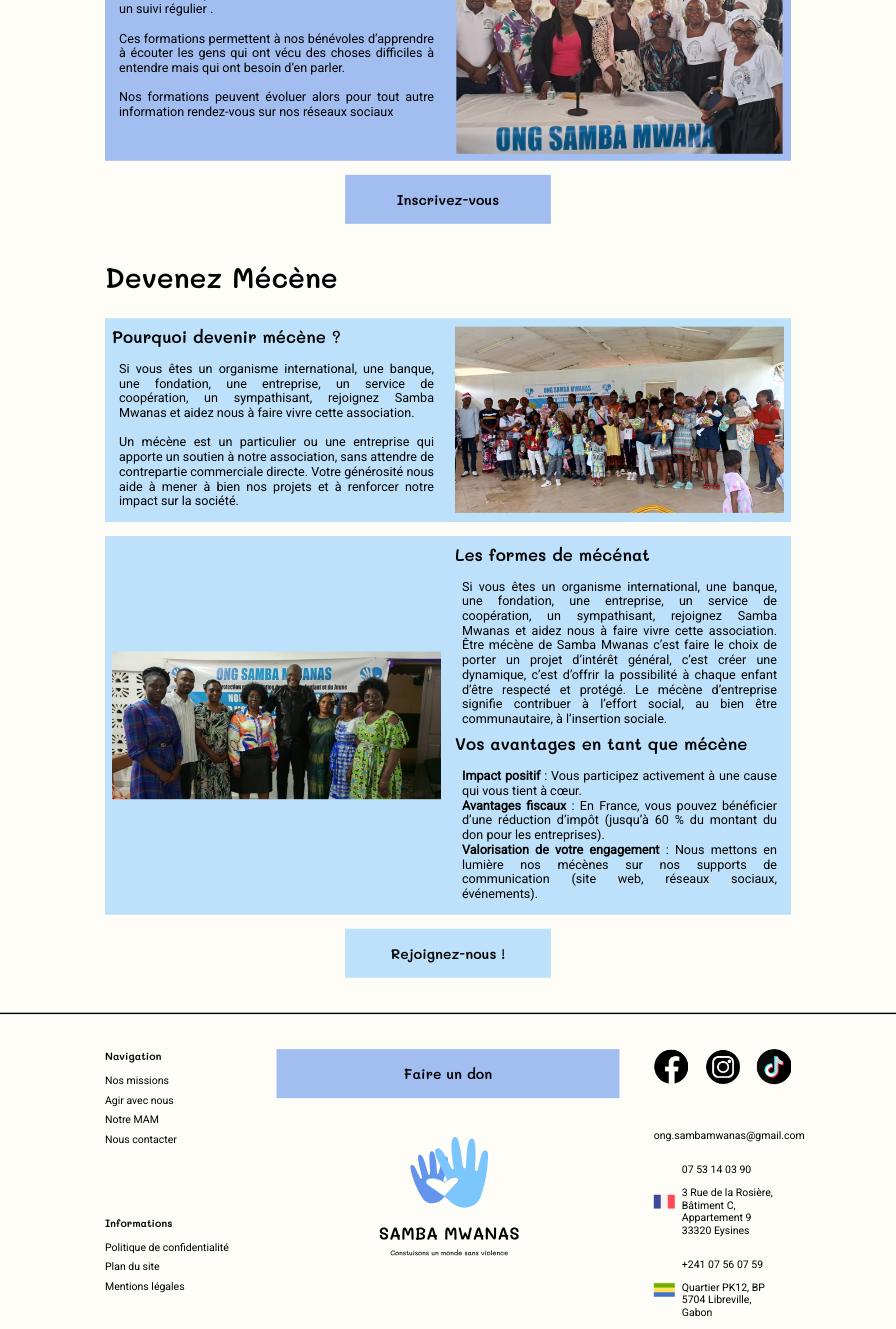
Repository: Danie-lDasilva/Samba-Mwanas
Page: Agir avec nous.html
These files come from the project's save history. The page is drawn as it stood at one moment and after the next save; the edit follows.
The browser window is 1280 px wide. The pictures show the part of the page from y = 1914 to 3834 px (the page is 3813 px tall before and 3834 px after), at 70% of full size.

Above is the page before, as saved 2025-03-07 10:28:17.

### Agir avec nous.html
<!DOCTYPE html>
<html lang="fr">
<head>
    <meta charset="UTF-8">
    <meta name="viewport" content="width=device-width, initial-scale=1.0">
    <title>Agir avec nous</title>
    <link rel="preconnect" href="https://fonts.googleapis.com">
    <link rel="preconnect" href="https://fonts.gstatic.com" crossorigin>
    <link href="https://fonts.googleapis.com/css2?family=Mali:wght@600&family=Roboto:ital,wdth@0,75;1,75&display=swap" rel="stylesheet">

    <link rel="stylesheet" href="assets/css/Agir avec nous.css">
    <link rel="stylesheet" href="assets/css/style.css">
</head>
<body>
    <header>
        <nav>
            <ul>
                <li>
                    <a href="Nos missions.html">Nos missions</a>
                </li>
                <li>
                    <a href="Agir avec nous.html">Agir avec nous</a>
                </li>
                <li class="Logo">
                    <a href="index.html">
                        <img src="assets/img/Fichier 2.png" alt="Logo Samba Mwanas, retour à l'accueil">
                    </a>
                </li>
                <li>
                    <a href="Notre MAM.html">Notre MAM</a>
                </li>
                <li>
                    <a href="Nous contacter.html">Nous contacter</a>
                </li>
            </ul>
        </nav>
    </header>

    <main>
        <h1>
            Agir avec nous
        </h1>

        <section class="BoutonsForm">
            <div>
                <a href="#Benevole" class="Color1">Devenez bénévole</a>
            </div>

            <div>
                <a href="#Formation" class="Color2">Suivez notre formation</a>
            </div>

            <div>
                <a href="#Mécène" class="Color1">Devenez mécène</a>
            </div>
        </section>

        <div class="Bannière">
            <img src="assets/img/Mix photos.jpg" alt="">
        </div>

        <section>
            <h2 id="Benevole">
                Devenez bénévole
            </h2>

            <div class="Bloc">
                <div>
                    <h3>
                        Pourquoi devenir bénévole à Samba Mwanas?
                    </h3>
                    <p>
                        Avez-vous envie d’ aider les victimes de violences ? Vous vous sentez prêt à défendre une cause noble ? En tant qu’ancienne victime, vous ne voulez pas que d’autres enfants subissent des violences? Vous aimez les enfants et vous souhaitez les protéger ? <br>
                        Vous avez plusieurs raisons de rejoindre les bénévoles de Samba Mwanas. Vous êtes utiles et nous avons besoin de vous.
                    </p>
                </div>
                <div class="End">
                    <img src="assets/img/Equipe.jpg" alt="Photo de l'équipe de Samba Mwanas">
                </div>
            </div>

            <div class="Bloc">
                <div>
                    <img src="assets/img/Leçon Enfantss.jpg" alt="Photo d'enfants">
                </div>
                <div>
                    <h3>
                        Les missions bénévoles
                    </h3>
                    <p>
                        Selon vos disponibilités, devenez l’un des nôtres. Nous agissons dans la sensibilisation afin de prévenir sur les différentes formes de violences. Nous formons afin d’apporter des outils de lutte contre les violences. Nous organisons des séances d’écoute afin de libérer la parole et de déclencher un processus de guérison. <br>
                        <br>
                        Parmi toutes ces missions, il y en a forcément une qui vous correspond. À distance ou en local, vous êtes utile. <br>
                        Rejoignez notre communauté de bénévoles !!!!
                    </p>
                </div>
            </div>

            <div class="Rejoindre">
                <a href="">Rejoignez-nous !</a>
            </div>
        </section>

        <section>
            <h2 id="Formation">
                Suivez notre formation
            </h2>

            <div class="Bloc2">
                <div>
                    <h3>
                        Pourquoi suivre notre formation ?
                    </h3>
                    <p>
                        Samba Mwanas propose différentes formations afin d’améliorer l’expertise de ses bénévoles et ainsi assurer un suivi régulier . <br>
                        <br>
                        Ces formations permettent à nos bénévoles d’apprendre à écouter les gens qui ont vécu des choses difficiles à entendre mais qui ont besoin d’en parler. <br>
                        <br>
                        Nos formations peuvent évoluer alors pour tout autre information rendez-vous sur nos réseaux sociaux
                    </p>
                </div>
                <div class="End">
                    <img src="assets/img/Eglise.jpg" alt="Photo de l'équipe de Samba Mwanas à une formation à l'église">
                </div>
            </div>

            <div class="Inscrire">
                <a href="">Inscrivez-vous</a>
            </div>
        </section>

        <section>
            <h2 id="Mécène">
                Devenez Mécène
            </h2>

            <div class="Bloc3">
                <div>
                    <h3>
                        Pourquoi devenir mécène ?
                    </h3>
                    <p>
                        Si vous êtes un organisme international, une banque, une fondation, une entreprise, un service de coopération, un sympathisant, rejoignez Samba Mwanas et aidez nous à faire vivre cette association. <br>
                        <br>
                        Un mécène est un particulier ou une entreprise qui apporte un soutien à notre association, sans attendre de contrepartie commerciale directe. Votre générosité nous aide à mener à bien nos projets et à renforcer notre impact sur la société.

                    </p>
                </div>
                <div>
                    <img src="assets/img/IMG-20241223-WA0017.jpg" alt="Photo de l'équipe de Samba Mwanas avec des cadeaux">
                </div>
            </div>

            <div class="Bloc3">
                <div>
                    <img src="assets/img/IMG-20241113-WA0009.jpg" alt="Photo de l'équipe de Samba Mwanas">
                </div>
                <div>
                    <h3>
                        Les formes de mécénat
                    </h3>
                    <p>
                        Si vous êtes un organisme international, une banque, une fondation, une entreprise, un service de coopération, un sympathisant, rejoignez Samba Mwanas et aidez nous à faire vivre cette association.

Être mécène de Samba Mwanas c’est faire le choix de porter un projet d’intérêt général, c’est créer une dynamique, c’est d’offrir la possibilité à chaque enfant d’être respecté et protégé. Le mécène d’entreprise signifie contribuer à l’effort social, au bien être communautaire, à l’insertion sociale.

                    </p>
                    <h3>
                        Vos avantages en tant que mécène
                    </h3>

                    <p>
                        <strong>Impact positif</strong> : Vous participez activement à une cause qui vous tient à cœur. <br>
                        <strong>Avantages fiscaux</strong> : En France, vous pouvez bénéficier d’une réduction d’impôt (jusqu’à 60 % du montant du don pour les entreprises). <br>
                        <strong>Valorisation de votre engagement</strong> : Nous mettons en lumière nos mécènes sur nos supports de communication (site web, réseaux sociaux, événements).
                    </p>
                </div>
            </div>

            <div class="Rejoindre">
                <a href="">Rejoignez-nous !</a>
            </div>
        </section>

        <div id="Don" class="Don">
            <a href="https://www.helloasso.com/associations/association-samba-mwanas/formulaires/1">FAIRE UN DON</a>
        </div>
    </main>

    <footer>
        <div class="Footer">

        <div class="FooterInfos">
            <div class="Lien">
                <p class="titre">
                    Navigation
                </p>

                <nav class="InfoMarge">
                    <ul>
                        <li>
                            <a href="Nos missions.html">Nos missions</a>
                        </li>

                        <li>
                            <a href="Agir avec nous.html">Agir avec nous</a>
                        </li>

                        <li>
                            <a href="Notre MAM.html">Notre MAM</a>
                        </li>

                        <li>
                            <a href="Nous contacter.html">Nous contacter</a>
                        </li>
                    </ul>
                </nav>
            </div>

            <div class="Lien">
                <p class="titre">
                    Informations
                </p>

                <nav>
                    <ul>
                        <li>
                            <a href="Politique de confidentialité.html">Politique de confidentialité</a>
                        </li>

                        <li>
                            <a href="Plan du site.html">Plan du site</a>
                        </li>

                        <li>
                            <a href="Mentions légales.html">Mentions légales</a>
                        </li>
                    </ul>
                </nav>
            </div>
        </div>

        <div class="FooterCentre">
            <div class="FooterDon">
                <a href="https://www.helloasso.com/associations/association-samba-mwanas/formulaires/1" target="_blank">Faire un don</a>
            </div>

            <a href="index.html" class="FooterLogo" target="_blank">
                <img src="assets/img/LOGO_Logo principal.svg" alt="Logo Samba Mwanas, Retour à l'acceuil">
            </a>
        </div>

        <div class="FooterInfos">
            <nav class="FooterRéseaux">
                <ul>
                    <li>
                        <a href="https://www.facebook.com/Sambamwanas?locale=fr_FR" target="_blank">
                            <img src="assets/img/facebook.png" alt="Logo facebook, Lien vers le facebook de Samba Mwanas">
                        </a>
                    </li>

                    <li>
                        <a href="https://www.instagram.com/ongsambamwanas/" target="_blank">
                            <img src="assets/img/instagram.png" alt="Logo instagram, Lien vers la page instagram de Samba Mwanas">
                        </a>
                    </li>

                    <li>
                        <a href="https://www.tiktok.com/@ong.samba.mwanas" target="_blank">
                            <img src="assets/img/tik-tok.png" alt="Logo tiktok, Lien vers la page Tiktok de Samba Mwanas">
                        </a>
                    </li>
                </ul>
            </nav>

            <p>
                ong.sambamwanas@gmail.com
            </p>


            <div class="FooterContact">
                <div>
                    <img src="assets/img/france.png" alt="Drapeau de France" class="FooterDrapeau">
                </div>

                <div>
                    <p>
                        07 53 14 03 90
                    </p>

                    <p>
                        3 Rue de la Rosière, <br>
                        Bâtiment C, Appartement 9 <br>
                        33320 Eysines
                    </p>
                </div>
            </div>

            <div class="FooterContact">
                <div>
                    <img src="assets/img/gabon.png" alt="Drapeau du gabon" class="FooterDrapeau">
                </div>

                <div>
                    <p>
                        +241 07 56 07 59
                    </p>

                    <p>
                        Quartier PK12, BP 5704 Libreville, <br>
                        Gabon

                    </p>
                </div>
            </div>
        </div>

    </div>
    </footer>
</body>
</html>

### assets/css/Agir avec nous.css
h1 {
    font-family: "Mali", cursive;
    font-weight: 600;
    font-style: normal;
    font-size: 55px;
    text-align: center;
    margin-bottom: 50px;
    margin-top: 50px;
}

main {
    padding-left: 150px;
    padding-right: 150px;
}

main p {
    font-family: "Roboto", sans-serif;
    font-optical-sizing: auto;
    font-weight: 400;
    font-size: 20px;
    font-style: normal;
    font-variation-settings: "wdth" 75;
    text-align: justify;
}

.BoutonsForm {
    display: flex;
    justify-content: space-between;
    padding-left: 20px;
    padding-right: 20px;
}

.BoutonsForm div {
    width: 28%;
    height: 50px;
    margin-bottom: 40px;
}

.BoutonsForm a {
    width: 100%;
    height: 100%;
    display: flex;
    justify-content: center;
    align-items: center;
    font-family: "Mali", cursive;
    font-weight: 600;
    font-style: normal;
}

.BoutonsForm a:hover {
    background-color: #163d59;
    color: white;
    box-shadow: 0 5px 8px rgba(0, 0, 0, 0.4);
}

.Color1 {
    background-color: #BDE1FA;
}

.Color2 {
    background-color: #A2BEF0;
}

.Bannière img {
    width: 100%;
    height: auto;
    object-fit: cover;
}

.Bannière {
    margin-bottom: 100px;
}

h2 {
    font-family: "Mali", cursive;
    font-weight: 600;
    font-style: normal;
    font-size: 40px;
}

h3 {
    font-family: "Mali", cursive;
    font-weight: 600;
    font-style: normal;
    font-size: 22px;
}

.Bloc, .Bloc2, .Bloc3 {
    display: flex;
    justify-content: space-between;
    align-items: stretch;
    margin-bottom: 20px;
}

.Bloc div, .Bloc2 div, .Bloc3 div {
    flex: 0.8;
    margin: 10px;
    display: flex;
    flex-direction: column;
    justify-content: center;
}

.Bloc img, .Bloc2 img, .Bloc3 img {
    width: 100%;
    max-height: 350px;
    object-fit: contain;
}

.Bloc p, .Bloc2 p, .Bloc3 p {
    font-family: "Roboto", sans-serif;
    font-optical-sizing: auto;
    font-weight: 400;
    font-size: 18px;
    font-style: normal;
    font-variation-settings: "wdth" 75;
    text-align: justify;
    margin: 0;
    padding: 10px;
}

.Bloc h3, .Bloc2 h3, .Bloc3 h3 {
    font-family: "Mali", cursive;
    font-weight: 600;
    font-size: 24px;
    margin-bottom: 10px;
    margin-top: 0;
}

.Bloc, .Bloc3 {
    background-color: #BDE1FA;
}

.Bloc2 {
    background-color: #A2BEF0;
}

.End {
    display: flex;
    justify-content: flex-end;
    align-items: center;
}

.Rejoindre {
    display: flex;
    justify-content: center;
    align-items: center;
    height: 70px;
    width: 100%;
    margin-bottom: 50px;
}

.Rejoindre a {
    font-family: "Mali", cursive;
    font-weight: 600;
    font-style: normal;
    justify-content: center;
    display: flex;
    align-items: center;
    height: 100%;
    width: 30%;
    background-color: #BDE1FA;
}

.Rejoindre a:hover {
    background-color: #163d59;
    color: white;
    box-shadow: 0 5px 8px rgba(0, 0, 0, 0.4);
}

.Inscrire {
    display: flex;
    justify-content: center;
    align-items: center;
    height: 70px;
    width: 100%;
    margin-bottom: 50px;
}

.Inscrire a {
    font-family: "Mali", cursive;
    font-weight: 600;
    font-style: normal;
    justify-content: center;
    display: flex;
    align-items: center;
    height: 100%;
    width: 30%;
    background-color: #A2BEF0;
}

.Inscrire a:hover {
    background-color: #163d59;
    color: white;
    box-shadow: 0 5px 8px rgba(0, 0, 0, 0.4);
}

/* Responsive */
@media (max-width: 768px) {
    h1 {
        font-size: 40px;
        margin-bottom: 30px;
        margin-top: 30px;
    }

    main {
        padding-left: 20px;
        padding-right: 20px;
    }

    main p {
        font-size: 18px;
    }

    .BoutonsForm {
        flex-direction: column;
        align-items: center;
        padding-left: 0;
        padding-right: 0;
    }

    .BoutonsForm div {
        width: 100%;
        margin-bottom: 20px;
    }

    .BoutonsForm a {
        font-size: 16px;
    }

    .Bannière img {
        height: auto;
    }

    h2 {
        font-size: 30px;
    }

    h3 {
        font-size: 20px;
    }

    .Bloc, .Bloc2, .Bloc3 {
        flex-direction: column;
        align-items: center;
    }

    .Bloc div, .Bloc2 div, .Bloc3 div {
        width: 100%;
        margin: 10px 0;
    }

    .Bloc img, .Bloc2 img, .Bloc3 img {
        width: 100%;
        max-height: 400px;
        object-fit: cover;
    }

    .End {
        justify-content: center;
    }

    .Rejoindre a, .Inscrire a {
        width: 80%;
    }
}

Loaded but not shown: assets/css/style.css (782 lines, source omitted)

After the next save:
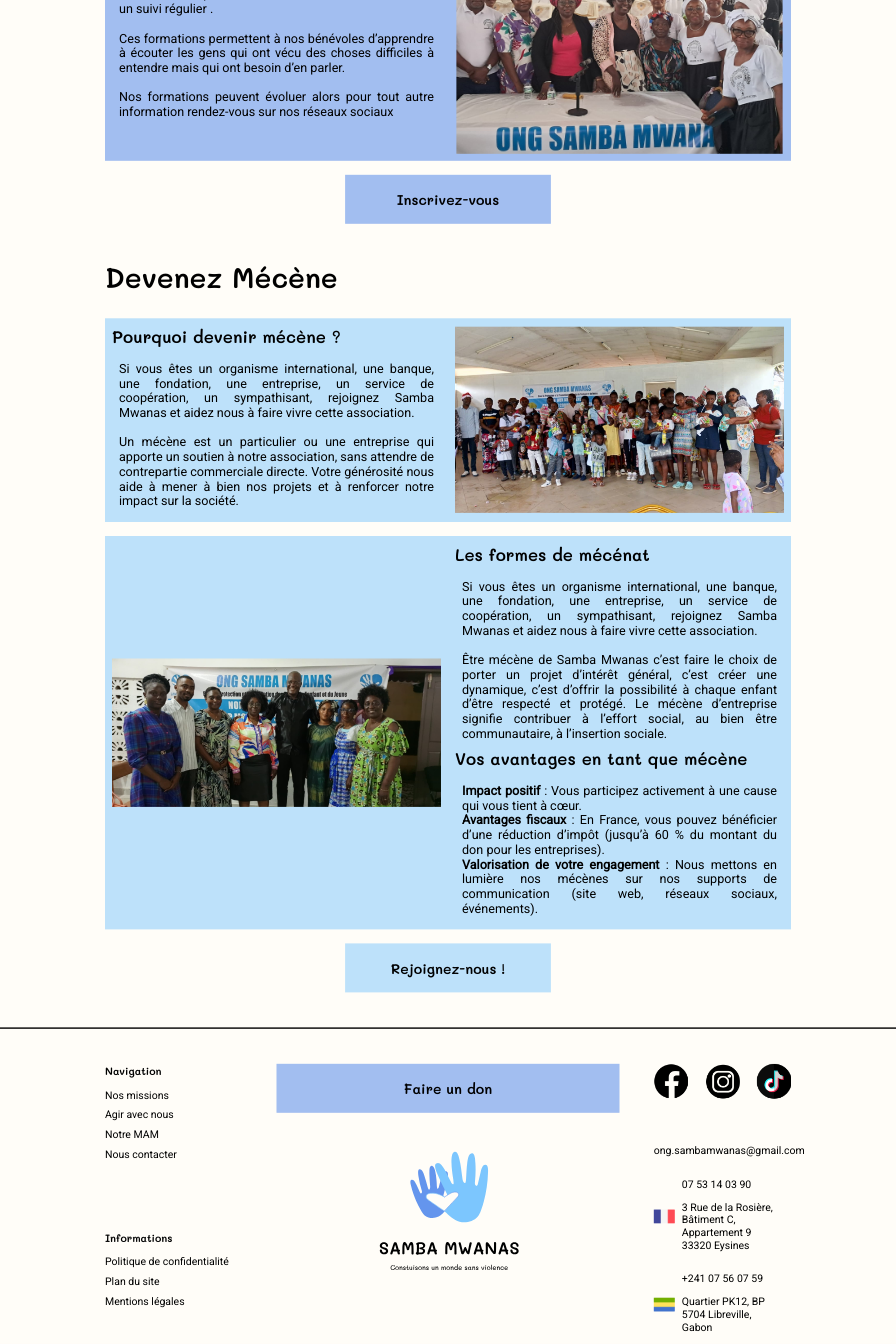
Saved 15 s later.
--- a/Agir avec nous.html
+++ b/Agir avec nous.html
@@ -160,9 +160,9 @@
                         Les formes de mécénat
                     </h3>
                     <p>
-                        Si vous êtes un organisme international, une banque, une fondation, une entreprise, un service de coopération, un sympathisant, rejoignez Samba Mwanas et aidez nous à faire vivre cette association.
-
-Être mécène de Samba Mwanas c’est faire le choix de porter un projet d’intérêt général, c’est créer une dynamique, c’est d’offrir la possibilité à chaque enfant d’être respecté et protégé. Le mécène d’entreprise signifie contribuer à l’effort social, au bien être communautaire, à l’insertion sociale.
+                        Si vous êtes un organisme international, une banque, une fondation, une entreprise, un service de coopération, un sympathisant, rejoignez Samba Mwanas et aidez nous à faire vivre cette association. <br>
+                        <br>
+                        Être mécène de Samba Mwanas c’est faire le choix de porter un projet d’intérêt général, c’est créer une dynamique, c’est d’offrir la possibilité à chaque enfant d’être respecté et protégé. Le mécène d’entreprise signifie contribuer à l’effort social, au bien être communautaire, à l’insertion sociale.
 
                     </p>
                     <h3>
